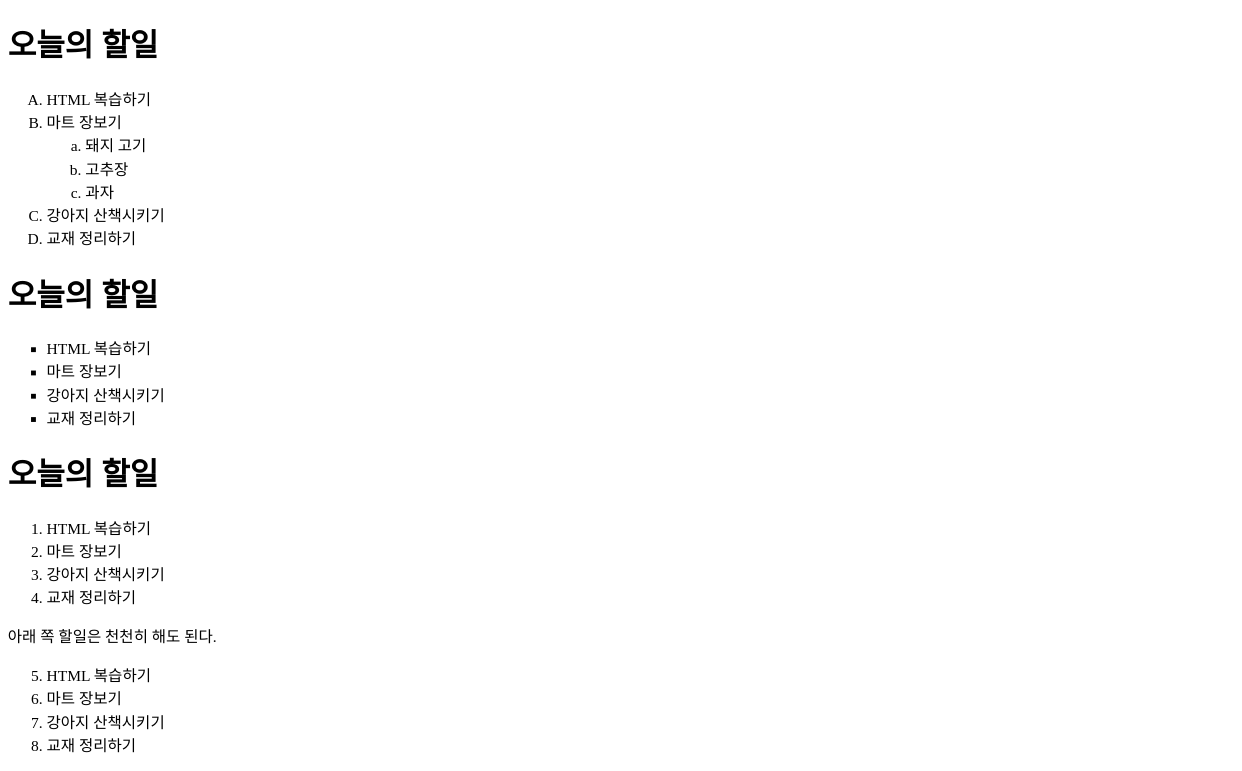
Repository: JeongWoo-Jang/Edu-Backup
Page: 5. HTML & CSS & JSP/ClientTest/WebContent/ex10_list.html
These files come from the project's save history. The page is drawn as it stood at one moment and after the next save; the edit follows.
The browser window is 1280 px wide. The pictures show the whole page, at 97% of full size.

Above is the page before, as saved 2020-06-19 01:30:00.

### 5. HTML & CSS & JSP/ClientTest/WebContent/ex10_list.html
<!DOCTYPE html>
<html>
<head>
<meta charset="UTF-8">
<title>Insert title here</title>
</head>
<body>

	<!--

		List, 목록

		1. <ol>
			- 순서가 있는 목록
			- Ordered List
		2. <ul>
			- 순서가 없는 목록
			- Unordered List
		3. <li>
			- 목록의 항목
			- List Item

	 -->

	 <h1>오늘의 할일</h1>

	 <ol type="A">
	 	<li>HTML 복습하기</li>
	 	<li>마트 장보기
	 		<ol type="a">
	 			<li>돼지 고기</li>
	 			<li>고추장</li>
	 			<li>과자</li>
	 		</ol>
	 	</li>
	 	<li>강아지 산책시키기</li>
	 	<li>교재 정리하기</li>
	 </ol>


	 <h1>오늘의 할일</h1>

	 <!-- 불릿(bullet) -->
	 <ul type="square">
	 	<li>HTML 복습하기</li>
	 	<li>마트 장보기</li>
	 	<li>강아지 산책시키기</li>
	 	<li>교재 정리하기</li>
	 </ul>


	 <h1>오늘의 할일</h1>

	 <ol type="1">
	 	<li>HTML 복습하기</li>
	 	<li>마트 장보기</li>
	 	<li>강아지 산책시키기</li>
	 	<li>교재 정리하기</li>
	 </ol>

	 아래 쪽 할일은 천천히 해도 된다.

	 <ol start="5">
	 	<li>HTML 복습하기</li>
	 	<li>마트 장보기</li>
	 	<li>강아지 산책시키기</li>
	 	<li>교재 정리하기</li>
	 </ol>

</body>
</html>

After the next save:
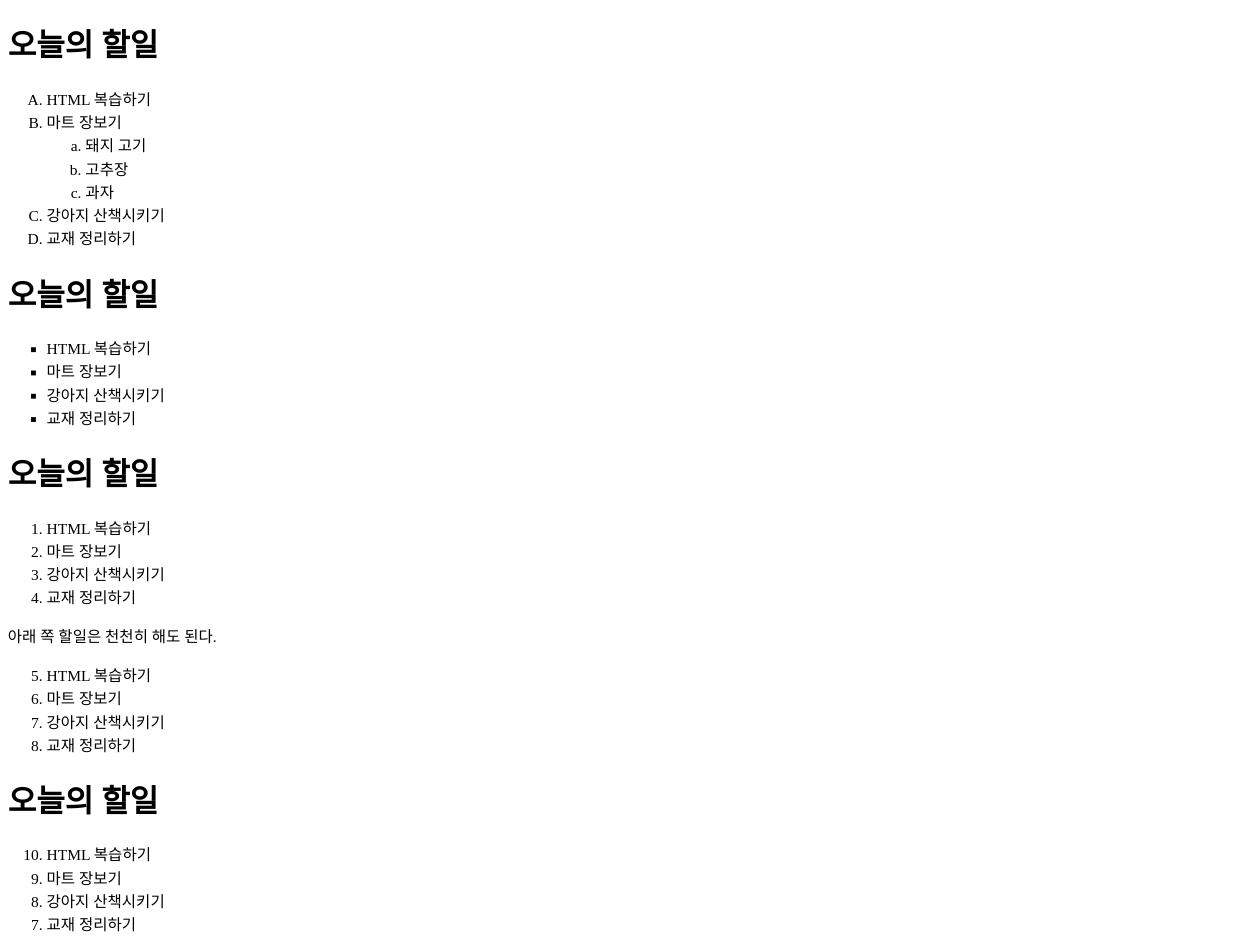
Saved 74 s later.
--- a/5. HTML & CSS & JSP/ClientTest/WebContent/ex10_list.html
+++ b/5. HTML & CSS & JSP/ClientTest/WebContent/ex10_list.html
@@ -67,5 +67,15 @@
 	 	<li>교재 정리하기</li>
 	 </ol>
 
+
+ 	 <h1>오늘의 할일</h1>
+
+	 <ol reversed start="10">
+	 	<li>HTML 복습하기</li>
+	 	<li>마트 장보기</li>
+	 	<li>강아지 산책시키기</li>
+	 	<li>교재 정리하기</li>
+	 </ol>
+
 </body>
 </html>
